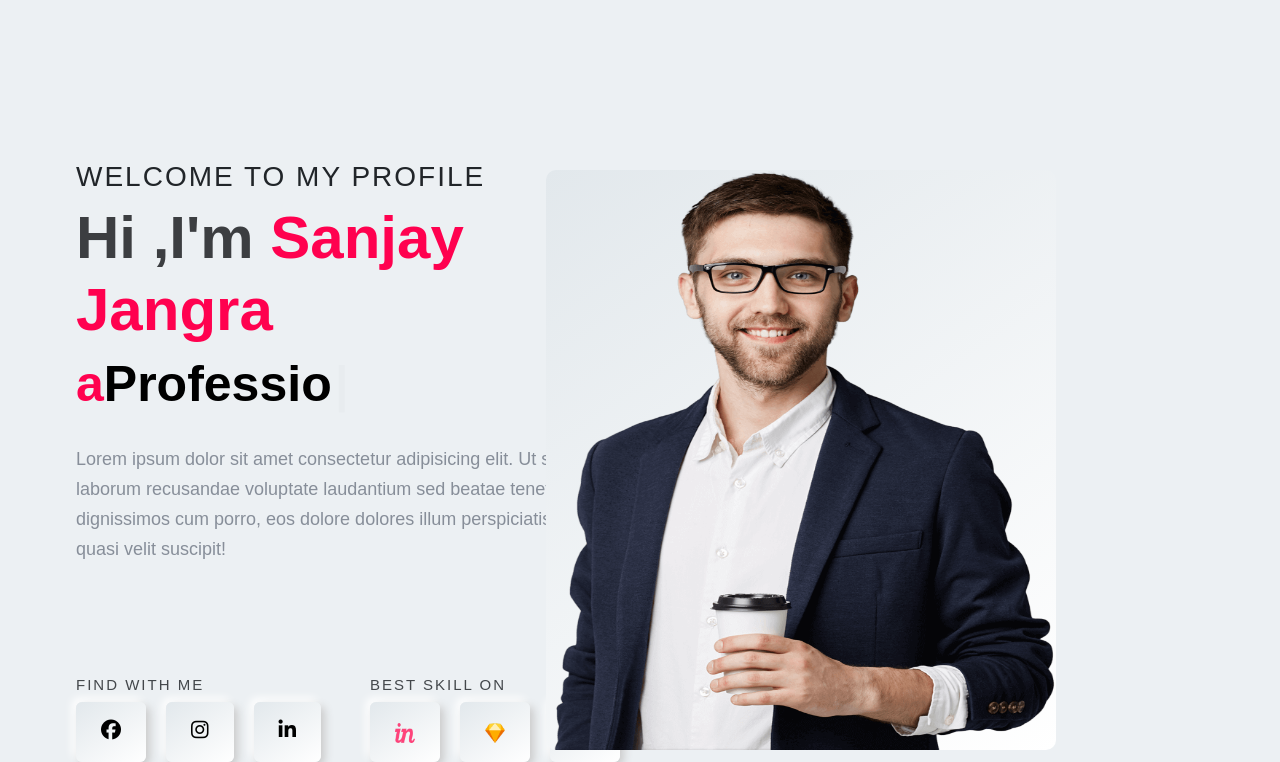
Repository: Sanjayjangra88/PortFolio
Page: /
These files come from the project's save history. The page is drawn as it stood at one moment and after the next save; the edit follows.
The browser window is 1280 px wide. The pictures show the whole page.
Some web libraries are served in a nearby version. The project was rebuilt for these pictures with package versions that can differ from the ones it lists, and the page was loaded fresh each time. Also part of the build but not shown: src/Components/Header/Header.jsx.

Above is the page before, as saved 2022-09-10 21:32:43.

### public/index.html
<!DOCTYPE html>
<html lang="en">
  <head>
    <meta charset="utf-8" />
    <link rel="icon" href="%PUBLIC_URL%/favicon.ico" />
    <meta name="viewport" content="width=device-width, initial-scale=1" />
    <meta name="theme-color" content="#000000" />
    <meta
      name="description"
      content="Web site created using create-react-app"
    />
    <link rel="apple-touch-icon" href="%PUBLIC_URL%/logo192.png" />
    <!--
      manifest.json provides metadata used when your web app is installed on a
      user's mobile device or desktop. See https://developers.google.com/web/fundamentals/web-app-manifest/
    -->
    <link rel="manifest" href="%PUBLIC_URL%/manifest.json" />
    <link rel="stylesheet" href="https://cdnjs.cloudflare.com/ajax/libs/font-awesome/6.1.1/css/all.min.css" integrity="sha512-KfkfwYDsLkIlwQp6LFnl8zNdLGxu9YAA1QvwINks4PhcElQSvqcyVLLD9aMhXd13uQjoXtEKNosOWaZqXgel0g==" crossorigin="anonymous" referrerpolicy="no-referrer" />

    <!--
      Notice the use of %PUBLIC_URL% in the tags above.
      It will be replaced with the URL of the `public` folder during the build.
      Only files inside the `public` folder can be referenced from the HTML.

      Unlike "/favicon.ico" or "favicon.ico", "%PUBLIC_URL%/favicon.ico" will
      work correctly both with client-side routing and a non-root public URL.
      Learn how to configure a non-root public URL by running `npm run build`.
    -->

    <link rel="manifest" href="%PUBLIC_URL%/manifest.json" />
    <link href="https://cdn.jsdelivr.net/npm/bootstrap@5.0.2/dist/css/bootstrap.min.css" rel="stylesheet" integrity="sha384-EVSTQN3/azprG1Anm3QDgpJLIm9Nao0Yz1ztcQTwFspd3yD65VohhpuuCOmLASjC" crossorigin="anonymous">
    <title>React App</title>
  </head>
  <body>
    <noscript>You need to enable JavaScript to run this app.</noscript>
    <div id="root"></div>
    <script src="https://kit.fontawesome.com/7578c5a215.js" crossorigin="anonymous"></script>
    <!--
      This HTML file is a template.
      If you open it directly in the browser, you will see an empty page.

      You can add webfonts, meta tags, or analytics to this file.
      The build step will place the bundled scripts into the <body> tag.

      To begin the development, run `npm start` or `yarn start`.
      To create a production bundle, use `npm run build` or `yarn build`.
    -->

    <script src="https://cdn.jsdelivr.net/npm/@popperjs/core@2.9.2/dist/umd/popper.min.js" integrity="sha384-IQsoLXl5PILFhosVNubq5LC7Qb9DXgDA9i+tQ8Zj3iwWAwPtgFTxbJ8NT4GN1R8p" crossorigin="anonymous"></script>
<script src="https://cdn.jsdelivr.net/npm/bootstrap@5.0.2/dist/js/bootstrap.min.js" integrity="sha384-cVKIPhGWiC2Al4u+LWgxfKTRIcfu0JTxR+EQDz/bgldoEyl4H0zUF0QKbrJ0EcQF" crossorigin="anonymous"></script>
  </body>
</html>

### src/App.js
import React from 'react'
import Header from './Components/Header/Header';
import "./App.css"
import Home from './Components/Home/Home';
const App = () => {
  return (
    <>
      {/* <Header/> */}
      <Home/>
    </>
  )
}

export default App

### src/App.css
@import url('https://fonts.googleapis.com/css2?family=Dancing+Script&family=EB+Garamond:ital,wght@1,500&family=Roboto+Slab:wght@300&display=swap');
* {
  padding: 0;
  margin: 0;
  box-sizing: border-box;
}
html {
  scroll-behavior: smooth;
}
body {
  font-family: "Poppins", sans-serif;
  background-color: #ecf0f3;
}
.container {
  max-width: 95%;
  margin: auto;
}
.d_flex {
  display: flex;
  justify-content: space-between;
}
.f_flex {
  display: flex;
}
a {
  text-decoration: none;
  color: black;
}
li {
  list-style: none;
}
.uppercase {
  text-transform: uppercase;
}
.capitalize {
  text-transform: capitalize;
}

button {
  border: none;
  outline: none;
  background-color: none;
}

.btn_shadow {
  padding: 18px 25px;
  border-radius: 6px;
  transition: 0.3s all ease;
  cursor: pointer;
  color: #000;
  transition: 0.5s;
}
.btn_shadow {
  background: linear-gradient(145deg, #e2e8ec, #ffffff);
  box-shadow: 4px 4px 8px #cbcbcb, -4px -4px 8px #ffffff;
}
.btn_shadow:hover {
  background: #ff014f;
  color: white;
  transform: translateY(-10px);
}
.box_shodow {
  background: linear-gradient(145deg, #e2e8ec, #ffffff);
  box-shadow: 4px 4px 8px #cbcbcb, -4px -4px 8px #ffffff;
  border-radius: 10px;
}
.row,
.left,
.right {
  width: 50%;
}
.top {
  margin-top: 80px;
}
.mtop {
  margin-top: 40px;
}
.heading {
  margin: 50px 0 50px 0;
}
.heading h4 {
  color: #ff014f;
  letter-spacing: 2px;
  font-weight: 400;
}
.heading h1 {
  font-size: 60px;
  color: #3c3e41;
}
h1 {
  color: #3c3e41;
}
.grid {
  display: grid;
  grid-template-columns: repeat(3, 1fr);
  grid-gap: 35px;
}
p {
  color: #3c3e41;
}
.text-center {
  text-align: center;
}
.primary_color {
  color: #ff014f;
}
textarea,
input {
  width: 100%;
  padding: 20px;
  border-radius: 5px;
  outline: none;
  border: 3px solid #e2e8ec;
  margin-bottom: 20px;
}
/*----------Footer---------*/
footer {
  margin: 20% 0 10% 0;
}
footer p {
  margin-top: 30px;
}
/*----------Footer---------*/
@media (max-width: 768px) {
  .grid {
    grid-template-columns: repeat(2, 1fr);
  }
  .left,
  .right {
    width: 100%;
  }
  }

### src/Components/Home/Home.jsx
import React from 'react'
import './home.css'
import hero from '../Pic/hero.png'
import skill1 from '../Pic/skill1.png'
import skill2 from '../Pic/skill2.png'
import skill3 from '../Pic/skill3.png'

import { Typewriter} from 'react-simple-typewriter'

const Home = () => {
  return (
    <>
      <section className='hero'id='home'>
        <div className="container f_flex top">
            <div className="left top">
                <h3>WELCOME TO MY PROFILE</h3>
                <h1>
                    Hi ,I'm <span>Sanjay Jangra
                        </span></h1>
                <h2>
                    a
                    <span>
                    <Typewriter
            words={['Web Developer', 'Professional Coder.']}
            loop
            cursor
            cursorStyle='|'
            typeSpeed={70}
            deleteSpeed={50}
            delaySpeed={1000}
            // onLoopDone={handleDone}
            // onType={handleType}
            />
                        </span></h2>
                        <p>
Lorem ipsum dolor sit amet consectetur adipisicing elit. Ut sint a laborum recusandae voluptate laudantium sed beatae tenetur dignissimos cum porro, eos dolore dolores illum perspiciatis. Vero quasi velit suscipit!
                        </p>
                        <div className='hero_btn d_flex'>
                            <div className="col_1">
                                <h4>FIND WITH ME</h4>
                                <div className="button">
                                    <button className='btn_shadow'>
                                        <i className='fab fa-facebook'></i>
                                    </button>
                                    <button className='btn_shadow'>
                                        <i className='fab fa-instagram'></i>
                                    </button>
                                    <button className='btn_shadow'>
                                        <i className='fab fa-linkedin-in'></i>
                                    </button>
                                </div>
                            </div>
                            <div className="col_1">
                                <h4>BEST SKILL ON</h4>
                                <button className='btn_shadow'>
                                        <img src={skill1}alt=''/>
                                    </button>
                                <button className='btn_shadow'>
                                        <img src={skill2}alt=''/>
                                    </button>
                                <button className='btn_shadow'>
                                        <img src={skill3}alt=''/>
                                    </button>
                            </div>
                        </div>
            </div>
            <div className="right">
                <div className="right_img">
                    <img src={hero}alt=''/>
                </div>
            </div>
        </div>
      </section>
    </>
  )
}

export default Home

### src/Components/Header/header.css

*,
*::after,
*::before{
    box-sizing: border-box;
    padding: 0;
    margin: 0;
}

.html{
    font-size: 62.5%;
}

.navbar input[type="checkbox"],
.navbar .hamburger-lines{
    display: none;
}

.container{
    max-width: 1200px;
    width: 90%;
    margin: auto;
}

.navbar{
    box-shadow: 0px 5px 10px 0px #aaa;
    position: fixed;
    width: 100%;
    background: #FAA7B8;
    color: #000;
    opacity: 0.85;
    z-index: 100;
}

.navbar-container{
    display: flex;
    justify-content: space-between;
    height: 64px;
    align-items: center;
}

.menu-items{
    margin-top: 15px;
    order: 2;
    display: flex;
}
.logo{
    order: 1;
    font-size: 2.3rem;
    margin-bottom: 5px;
}

.menu-items li{
    list-style: none;
    margin-left: 1.5rem;
    font-size: 1.3rem;
}

.navbar a{
    color: #444;
    text-decoration: none;
    font-weight: 500;
    transition: color 0.3s ease-in-out;
}

.navbar a:hover{
    color: #117964;
}
.home-btn:hover {
  background: #ff014f;
  color: white;
}


.home-btn {
  padding: 18px 25px;
  height: 1vh;
  line-height: 1vh;
  font-size: 13px;
  border-radius: 6px;
  transition: 0.3s all ease;
  cursor: pointer;
  height: fit-content;
  color: #ff014f;

}
.home-btn {
  background: linear-gradient(145deg, #e2e8ec, #ffffff);
  box-shadow: 4px 4px 8px #cbcbcb, -4px -4px 8px #ffffff;
}
navbar {
  transition: 0.5s;
  font-size: 13px;
  font-weight: 500;
  letter-spacing: 2px;
}





@media (max-width: 900px){
    .navbar{
        opacity: 0.95;
    }

    .navbar-container input[type="checkbox"],
    .navbar-container .hamburger-lines{
        display: block;
    }

    .navbar-container{
        display: block;
        position: relative;
        height: 64px;
    }

    .navbar-container input[type="checkbox"]{
        position: absolute;
        display: block;
        height: 32px;
        width: 30px;
        top: 20px;
        left: 20px;
        z-index: 5;
        opacity: 0;
        cursor: pointer;
    }

    .navbar-container .hamburger-lines{
        display: block;
        height: 28px;
        width: 35px;
        position: absolute;
        top: 20px;
        left: 20px;
        z-index: 2;
        display: flex;
        flex-direction: column;
        justify-content: space-between;
    }

    .navbar-container .hamburger-lines .line{
        display: block;
        height: 4px;
        width: 100%;
        border-radius: 10px;
        background: #333;
    }

    .navbar-container .hamburger-lines .line1{
        transform-origin: 0% 0%;
        transition: transform 0.3s ease-in-out;
    }

    .navbar-container .hamburger-lines .line2{
        transition: transform 0.2s ease-in-out;
    }

    .navbar-container .hamburger-lines .line3{
        transform-origin: 0% 100%;
        transition: transform 0.3s ease-in-out;
    }

    .navbar .menu-items{
        padding-top: 100px;
        background: #fff;
        height: 100vh;
        max-width: 300px;
        transform: translate(-150%);
        display: flex;
        flex-direction: column;
        margin-left: -40px;
        padding-left: 40px;
        transition: transform 0.5s ease-in-out;
        box-shadow:  5px 0px 10px 0px #aaa;
        overflow: scroll;
    }

    .navbar .menu-items li{
        margin-bottom: 1.8rem;
        font-size: 1.1rem;
        font-weight: 500;
    }

    .logo{
        position: absolute;
        top: 10px;
        right: 15px;
        font-size: 2.5rem;

    }

    .navbar-container input[type="checkbox"]:checked ~ .menu-items{
        transform: translateX(0);
    }

    .navbar-container input[type="checkbox"]:checked ~ .hamburger-lines .line1{
        transform: rotate(45deg);
    }

    .navbar-container input[type="checkbox"]:checked ~ .hamburger-lines .line2{
        transform: scaleY(0);
    }

    .navbar-container input[type="checkbox"]:checked ~ .hamburger-lines .line3{
        transform: rotate(-45deg);
    }
    .home-btn:hover {
      background: #ff014f;
      color: white;

    }


    .home-btn {
      padding: 18px 25px;
      height: 1vh;
      line-height: 1vh;
      font-size: 13px;
      border-radius: 6px;
      transition: 0.3s all ease;
      cursor: pointer;
      height: fit-content;
      color: #ff014f;
      margin-right: 25px;

    }
    .home-btn {
      background: linear-gradient(145deg, #e2e8ec, #ffffff);
      box-shadow: 4px 4px 8px #cbcbcb, -4px -4px 8px #ffffff;
    }

}

@media (max-width: 500px){
    .navbar-container input[type="checkbox"]:checked ~ .logo{
        display: none;
    }
}
.demo{
  height: 300vh;
}

### src/Components/Home/home.css
.hero{
    position: relative;

}
.hero h3{
    font-weight: 100;
    letter-spacing: 2px;
}
.hero h1{
    font-size: 60px;
    font-weight: bold;
}
.hero h1 span{
    color: #ff014f;
}
.hero h2{
    font-size: 50px;
    font-weight: bold;
    color: #ff014f;
}
.hero h2 span{
    color: black;
}
.hero p{
    color:#878e99;
    font-size: 18px;
    line-height: 30px;
    margin-top: 30px;
}
.hero_btn{
    margin-top: 20%;
}
/* .hero_btn{
    <element class="hero_btn">
    Selector Specificity:(0,1,0)
} */

.hero_btn h4{
    font-weight: 500;
    letter-spacing: 2px;
    color: #43474b;
    font-size: 15px;
    margin: 30pz 0 30px 0;

}
.hero_btn button{
    margin-right: 20px;
}
.hero_btn i{
    font-size: 20px;
}
.hero_btn button img{
    width: 20px;
    height: 20px;
   }
   .hero .left{
    margin-right: 10px;
   }
.hero .right{
    width: 40%;
    position: relative;
    }
.hero .right img{
    background: linear-gradient(145deg ,#e2e8ec , #ffffff);
    box-shadow: 4px 4px 8px #cbcbcb .4ox -4px 8px #ffffff;
    border-radius: 10px;
    height: 580px;
    width: 510px;
    margin-top: 20%;

}
.hero .right_img img{
    position: absolute;
    top: 0;
    right: 10%;
    width: 510px;

}

Loaded but not shown: src/index.js (common file); src/index.css (common file); src/reportWebVitals.js (common file)

After the next save:
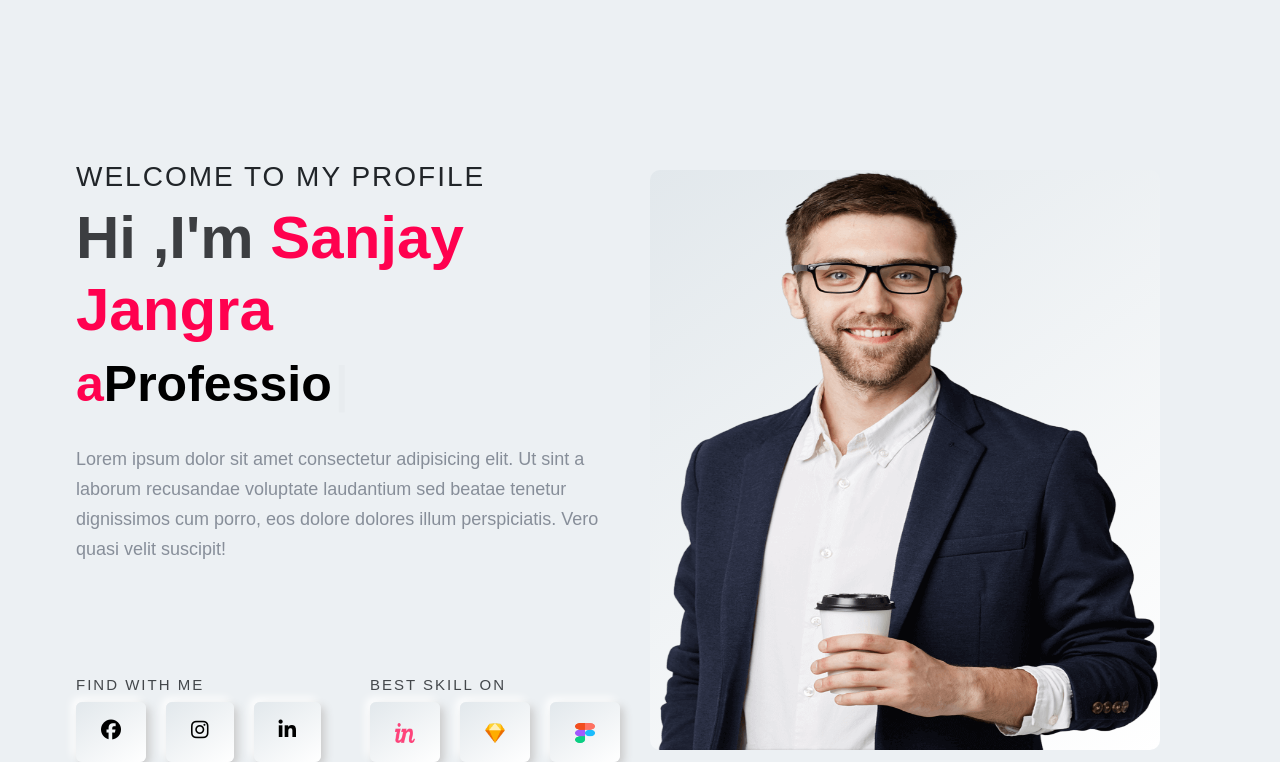
Saved 23 s later.
--- a/src/Components/Home/home.css
+++ b/src/Components/Home/home.css
@@ -69,10 +69,10 @@
     margin-top: 20%;
 
 }
-.hero .right_img img{
+/* .hero .right_img img{
     position: absolute;
     top: 0;
     right: 10%;
     width: 510px;
 
-}
+} */

After the save that followed:
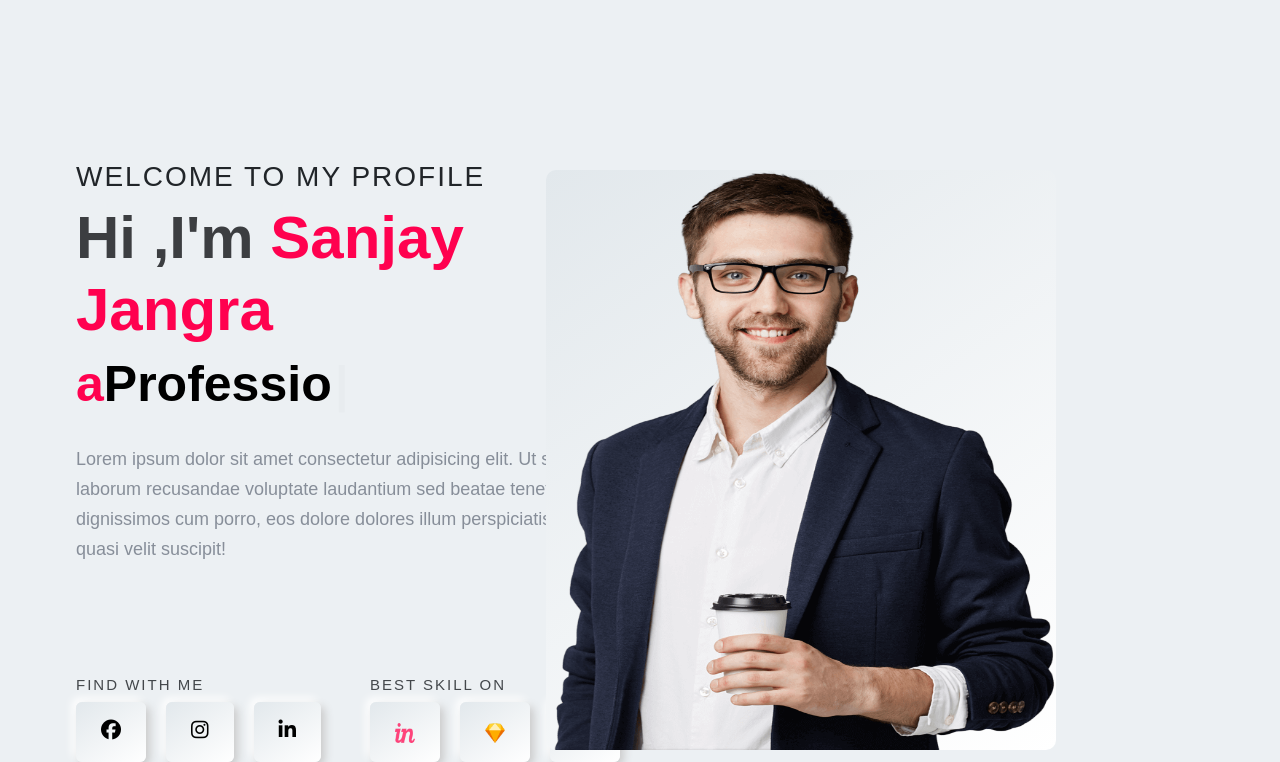
Saved 81 s later.
--- a/src/Components/Home/home.css
+++ b/src/Components/Home/home.css
@@ -69,10 +69,10 @@
     margin-top: 20%;
 
 }
-/* .hero .right_img img{
+.hero .right_img img{
     position: absolute;
     top: 0;
     right: 10%;
     width: 510px;
 
-} */
+}
